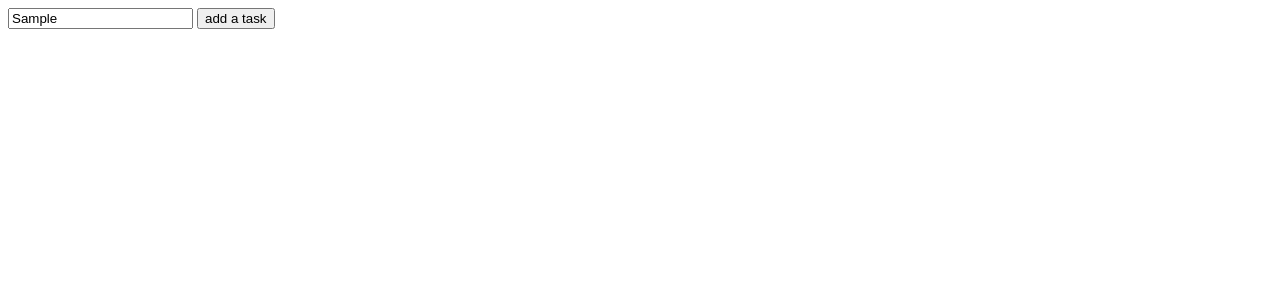
Repository: tanayburbure/Todo-application
Page: index.html
An editor plug-in stored every save of this project. The page is shown before and after the next save, followed by the edit.
The browser window is 1280 px wide. The pictures show the whole page.
Empty fields were first filled with sample values (such as "Sample", 5 or name@example.com).
After loading, the first visible `button` was clicked once.

Above is the page before, as saved 2025-10-21 16:28:23.
Console error: TypeError: Cannot read properties of null (reading 'appendChild')

After the next save:
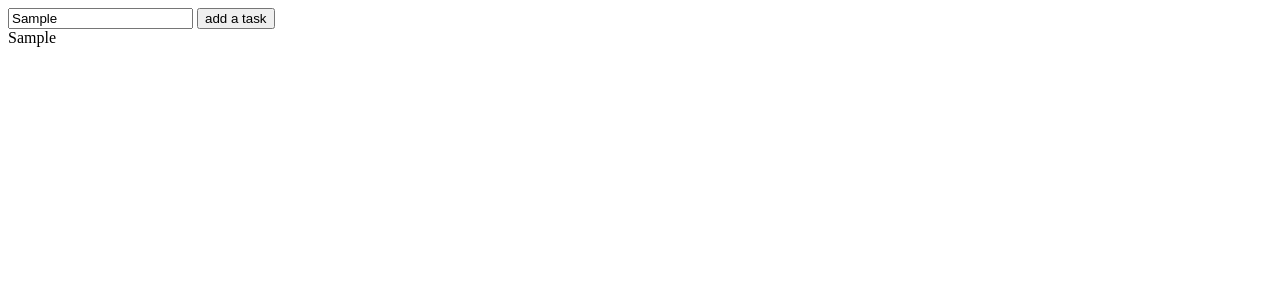
The error is gone.
Saved 24 s later.
--- a/script.js
+++ b/script.js
@@ -28,5 +28,5 @@ function addtodo(){
 
     const newDivEL = document.createElement("div")
     newDivEL.innerHTML = value;
-    document.querySelector("#body").appendChild()
+    document.querySelector("body").appendChild(newDivEL)
 }
